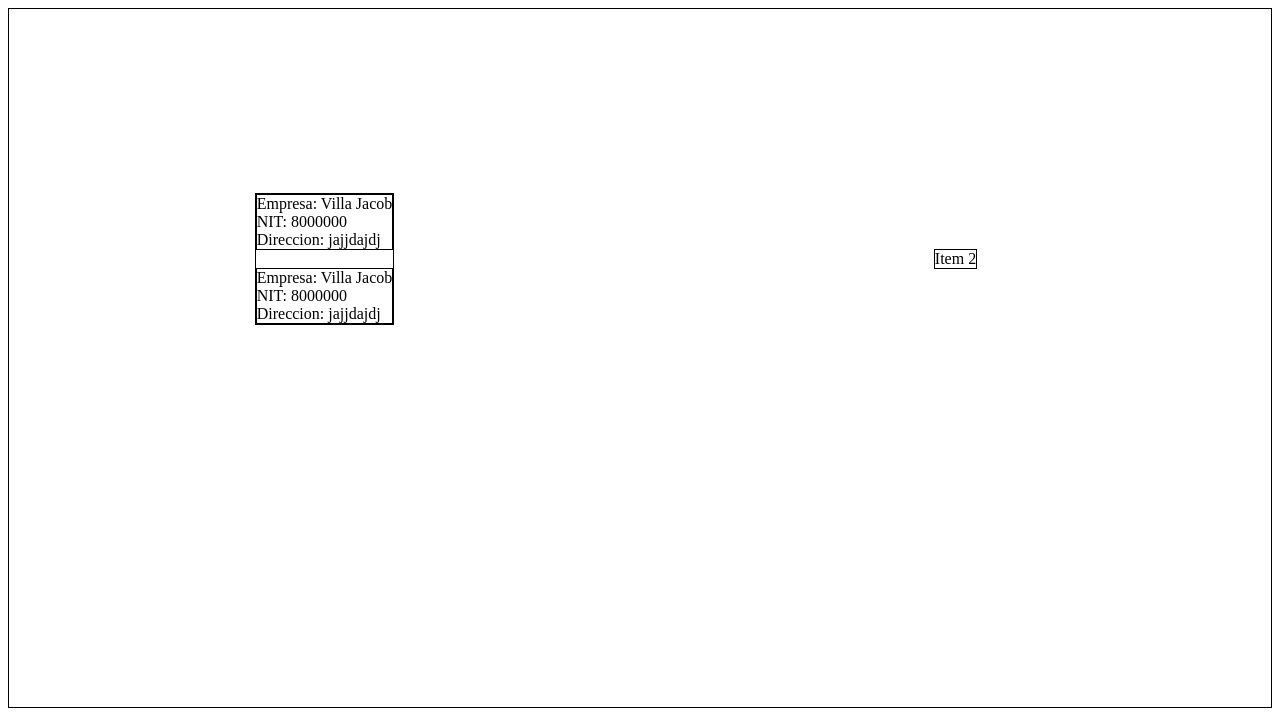
Repository: MrVanQish/FacturaEstructura
Page: index.html
An editor plug-in stored every save of this project. The page is shown before and after the next save, followed by the edit.
The browser window is 1280 px wide. The pictures show the whole page.

Above is the page before, as saved 2021-09-29 09:10:55.

### index.html
<!DOCTYPE html>
<html lang="en">
<head>
    <meta charset="UTF-8">
    <meta http-equiv="X-UA-Compatible" content="IE=edge">
    <meta name="viewport" content="width=device-width, initial-scale=1.0">
    <title>Document</title>
    <link rel="stylesheet" href="styles.css">
</head>
<body>

    <div class="wrapper">
        <div class="factura1">
            <div class="head-f">
                <div class="infoEmpresa-f">
                    Empresa: Villa Jacob
                    <br>
                    NIT: 8000000
                    <br>
                    Direccion: jajjdajdj
                </div>
                <br>
                <div class="infoCliente-f">
                    Empresa: Villa Jacob
                    <br>
                    NIT: 8000000
                    <br>
                    Direccion: jajjdajdj
                </div>

            </div >

                <!-- //t -->
            <div class="body-f">

            </div>
        </div>

        <div class="factura2">Item 2</div>
       </div>

</body>
</html>

### styles.css
.wrapper {
    height: 97vh;
    border: 1px solid #000;
    display: grid;
    grid-template-columns: 1fr 1fr;
    grid-template-rows: 500px;
    grid-template-areas:
      "f1 f2";
  }

  .factura1 {
    display: grid;
    grid-area: f1;
    align-self: center;
    border: 1px solid #000;
    justify-self: center;
    grid-template-areas:
      "header-f"
      "body-f table-f" ;
  }

  .factura2 {
    grid-area: f2;
    border: 1px solid #000;
    align-self: center;
    justify-self: center;
  }

@page {
    size: A4 landscape;
}


.infoEmpresa-f{

    grid-area: header-f;
    border: 1px solid #000;
    align-self: center;
    justify-self: center;

}

.infoCliente-f{
    grid-area: body-f;
    border: 1px solid #000;
    align-self: center;
    justify-self: center;
}

After the next save:
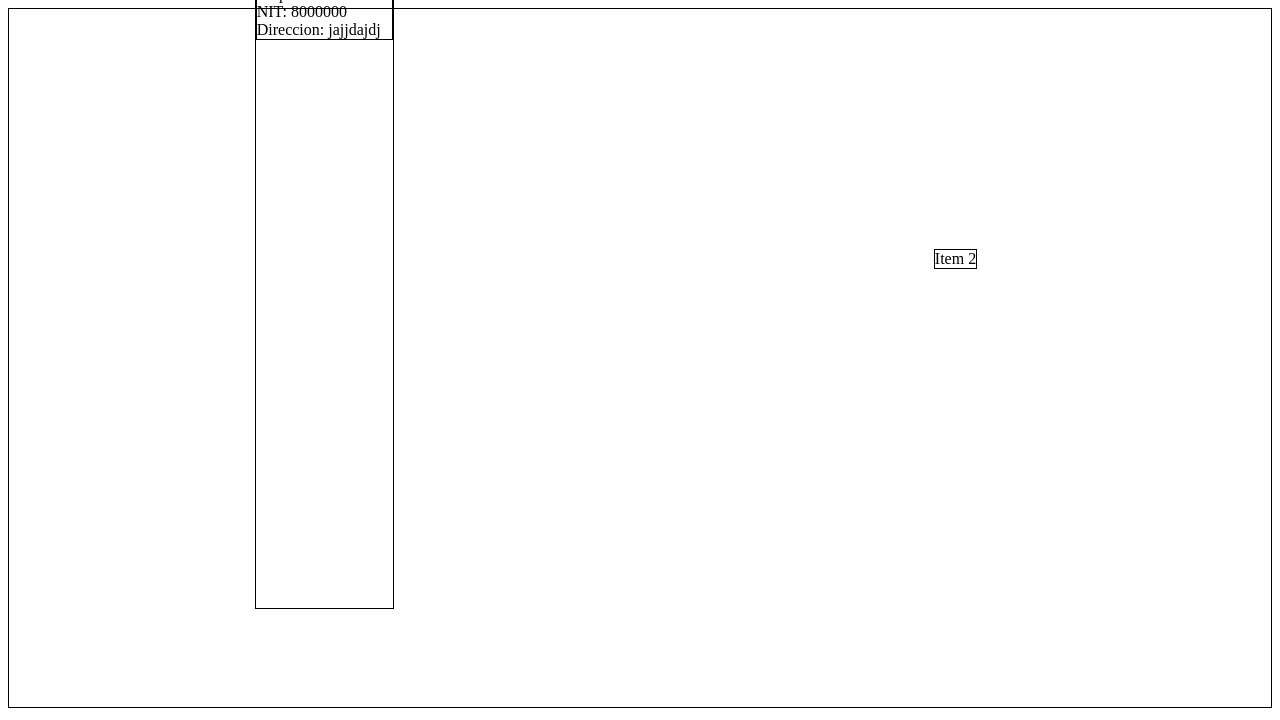
Saved 14 s later.
--- a/styles.css
+++ b/styles.css
@@ -9,6 +9,7 @@
   }
 
   .factura1 {
+    height: 97vh;
     display: grid;
     grid-area: f1;
     align-self: center;

After the save that followed:
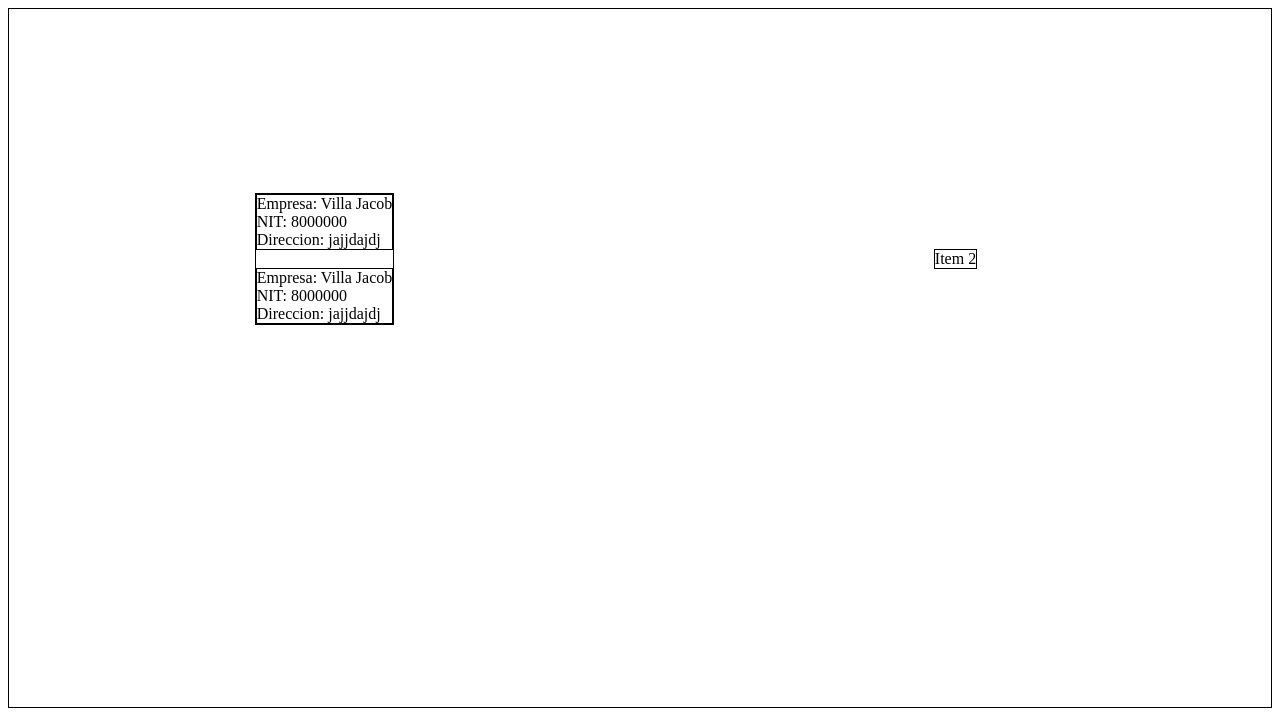
Saved 4 s later.
--- a/styles.css
+++ b/styles.css
@@ -9,7 +9,6 @@
   }
 
   .factura1 {
-    height: 97vh;
     display: grid;
     grid-area: f1;
     align-self: center;
